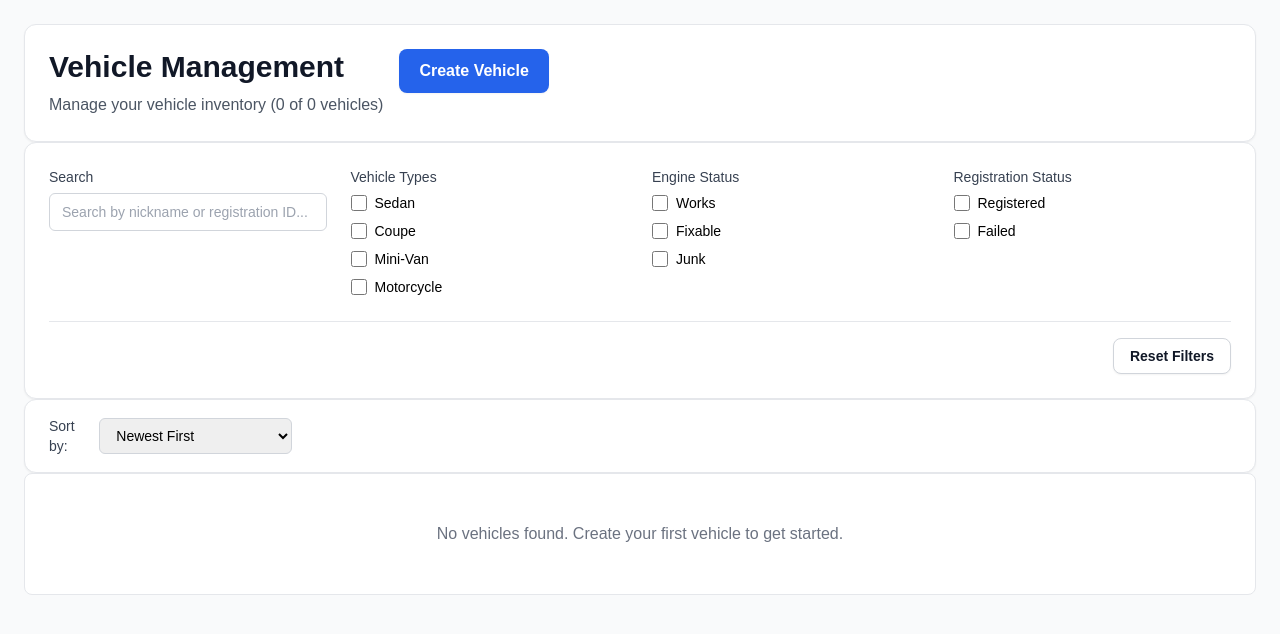
Repository: atomek88/vehicle-store
Page: /vehicles
The author's editor kept a copy of each file at every save. The page is drawn from the files as they stood at one save, then again after the next save.
The browser window is 1280 px wide. The pictures show the whole page.
The project was rebuilt for these pictures with package versions that can differ from the ones it lists, and the page was loaded fresh each time. The framework's server and built-in components were replaced by stand-ins that run in the browser. Also part of the build but not shown: next.config.ts, src/components/ui/Badge.tsx, src/components/vehicle/SedanFields.tsx, src/components/vehicle/CoupeFields.tsx, src/components/vehicle/MiniVanFields.tsx, src/components/vehicle/MotorcycleFields.tsx, src/components/vehicle/VehicleForm.tsx, src/components/ui/ConfirmDialog.tsx.

Above is the page before, as saved 2026-01-21 00:25:30.

### app/layout.tsx
import type { Metadata } from "next";
import { Geist, Geist_Mono } from "next/font/google";
import "./globals.css";
import { ToastProvider } from "@/hooks/use-toast";
import { VehicleProvider } from "@/hooks/use-vehicles";
import { ToastContainer } from "@/components/ui/Toast";

const geistSans = Geist({
  variable: "--font-geist-sans",
  subsets: ["latin"],
});

const geistMono = Geist_Mono({
  variable: "--font-geist-mono",
  subsets: ["latin"],
});

export const metadata: Metadata = {
  title: "Vehicle Management System",
  description: "Manage your vehicle inventory",
};

export default function RootLayout({
  children,
}: Readonly<{
  children: React.ReactNode;
}>) {
  return (
    <html lang="en">
      <body
        className={`${geistSans.variable} ${geistMono.variable} antialiased`}
        suppressHydrationWarning
      >
        <VehicleProvider>
          <ToastProvider>
            {children}
            <ToastContainer />
          </ToastProvider>
        </VehicleProvider>
      </body>
    </html>
  );
}

### app/vehicles/page.tsx
'use client';

import { useState } from 'react';
import { useRouter } from 'next/navigation';
import { useVehicles } from '@/hooks/use-vehicles';
import { useToast } from '@/hooks/use-toast';
import { VehicleTable } from '@/components/vehicle/VehicleTable';
import { FiltersBar } from '@/components/vehicle/FiltersBar';
import { VehicleForm } from '@/components/vehicle/VehicleForm';
import { Button } from '@/components/ui/Button';
import { ConfirmDialog } from '@/components/ui/ConfirmDialog';
import { Select } from '@/components/ui/Select';
import { VehicleSorting } from '@/types';

export default function VehiclesPage() {
  const router = useRouter();
  const { state, filteredVehicles, setFilters, resetFilters, setSorting, createVehicle, deleteVehicle } = useVehicles();
  const { showToast } = useToast();
  const [isCreateModalOpen, setIsCreateModalOpen] = useState(false);
  const [deleteConfirm, setDeleteConfirm] = useState<{ isOpen: boolean; vehicleId: string | null }>({
    isOpen: false,
    vehicleId: null,
  });

  const handleDelete = async () => {
    if (!deleteConfirm.vehicleId) return;

    const result = await deleteVehicle(deleteConfirm.vehicleId);

    if (result.ok) {
      showToast('success', 'Vehicle deleted successfully');
    } else {
      showToast('error', result.error);
    }

    setDeleteConfirm({ isOpen: false, vehicleId: null });
  };

  const handleSortChange = (value: string) => {
    const [key, direction] = value.split('-') as [VehicleSorting['key'], VehicleSorting['direction']];
    setSorting({ key, direction });
  };

  if (state.hydrationStatus === 'loading') {
    return (
      <div className="flex min-h-screen items-center justify-center">
        <p className="text-gray-500">Loading vehicles...</p>
      </div>
    );
  }

  if (state.hydrationStatus === 'error') {
    return (
      <div className="flex min-h-screen items-center justify-center">
        <div className="text-center">
          <p className="text-red-600">Error loading vehicles</p>
          <p className="mt-2 text-sm text-gray-500">{state.hydrationError}</p>
        </div>
      </div>
    );
  }

  return (
    <div className="min-h-screen bg-gray-50 p-6 md:p-8 lg:p-12">
      <div className="mx-auto max-w-7xl space-y-8">
        {/* Header Section */}
        <div className="rounded-xl border border-gray-200 bg-white p-6 shadow-sm md:p-8">
          <div className="flex flex-col gap-4 md:flex-row md:items-center md:justify-between">
            <div>
              <h1 className="text-3xl font-bold text-gray-900 md:text-4xl">Vehicle Management</h1>
              <p className="mt-2 text-base text-gray-600">
                Manage your vehicle inventory ({filteredVehicles.length} of {state.vehicles.length} vehicles)
              </p>
            </div>
            <Button onClick={() => setIsCreateModalOpen(true)} className="shadow-md">
              Create Vehicle
            </Button>
          </div>
        </div>

        {/* Filters Section */}
        <div className="rounded-xl border border-gray-200 bg-white shadow-sm">
          <FiltersBar
            filters={state.filters}
            onFiltersChange={setFilters}
            onReset={resetFilters}
          />
        </div>

        {/* Sort Controls */}
        <div className="flex items-center justify-between rounded-xl border border-gray-200 bg-white px-6 py-4 shadow-sm">
          <div className="flex items-center gap-3">
            <span className="text-sm font-medium text-gray-700">Sort by:</span>
            <Select
              options={[
                { value: 'createdAt-desc', label: 'Newest First' },
                { value: 'createdAt-asc', label: 'Oldest First' },
                { value: 'nickname-asc', label: 'Nickname (A-Z)' },
                { value: 'nickname-desc', label: 'Nickname (Z-A)' },
                { value: 'mileage-asc', label: 'Mileage (Low to High)' },
                { value: 'mileage-desc', label: 'Mileage (High to Low)' },
              ]}
              value={`${state.sorting.key}-${state.sorting.direction}`}
              onChange={(e) => handleSortChange(e.target.value)}
            />
          </div>
        </div>

        <VehicleTable
          vehicles={filteredVehicles}
          onView={(id) => router.push(`/vehicles/${id}`)}
          onEdit={(id) => router.push(`/vehicles/${id}/edit`)}
          onDelete={(id) => setDeleteConfirm({ isOpen: true, vehicleId: id })}
        />

        {isCreateModalOpen && (
          <div className="fixed inset-0 z-50 flex items-center justify-center bg-black/50 p-4">
            <div className="w-full max-w-2xl rounded-lg bg-white p-6 shadow-xl">
              <h2 className="mb-6 text-2xl font-semibold text-gray-900">Create New Vehicle</h2>
              <VehicleForm
                onSubmit={async (data) => {
                  const result = await createVehicle(data);
                  if (result.ok) {
                    showToast('success', 'Vehicle created successfully');
                    setIsCreateModalOpen(false);
                  } else {
                    showToast('error', result.error);
                  }
                }}
                onCancel={() => setIsCreateModalOpen(false)}
              />
            </div>
          </div>
        )}

        <ConfirmDialog
          isOpen={deleteConfirm.isOpen}
          onClose={() => setDeleteConfirm({ isOpen: false, vehicleId: null })}
          onConfirm={handleDelete}
          title="Delete Vehicle"
          message="Are you sure you want to delete this vehicle? This action cannot be undone."
          confirmText="Delete"
          variant="danger"
        />
      </div>
    </div>
  );
}

### app/globals.css
@tailwind base;
@tailwind components;
@tailwind utilities;

@layer base {
  :root {
    --background: 0 0% 100%;
    --foreground: 222.2 84% 4.9%;
  }

  body {
    background: #f9fafb;
    color: var(--foreground);
    font-family: Arial, Helvetica, sans-serif;
    min-height: 100vh;
  }

  /* Enhanced focus indicators for accessibility */
  *:focus-visible {
    outline: 3px solid #3b82f6;
    outline-offset: 2px;
    border-radius: 4px;
  }

  /* Ensure buttons and links have visible focus */
  button:focus-visible,
  a:focus-visible,
  input:focus-visible,
  select:focus-visible,
  textarea:focus-visible {
    outline: 3px solid #3b82f6;
    outline-offset: 2px;
  }
}

@layer components {
  /* Enhanced card styling */
  .card {
    @apply rounded-xl border border-gray-200 bg-white shadow-sm transition-shadow hover:shadow-md;
  }

  /* Enhanced button styling */
  .btn-primary {
    @apply rounded-lg px-6 py-3 font-semibold shadow-sm transition-all hover:shadow-md;
  }

  /* Better spacing utilities */
  .section-spacing {
    @apply space-y-6;
  }
}

### src/hooks/use-toast.tsx
'use client';

import { createContext, useContext, useState, useCallback } from 'react';

// ═══════════════════════════════════════════════════════════════════════════
// TYPES
// ═══════════════════════════════════════════════════════════════════════════

export type ToastType = 'success' | 'error' | 'info' | 'warning';

export interface Toast {
  id: string;
  type: ToastType;
  message: string;
  duration?: number;
}

interface ToastContextValue {
  toasts: Toast[];
  showToast: (type: ToastType, message: string, duration?: number) => void;
  dismissToast: (id: string) => void;
}

// ═══════════════════════════════════════════════════════════════════════════
// CONTEXT
// ═══════════════════════════════════════════════════════════════════════════

const ToastContext = createContext<ToastContextValue | null>(null);

// ═══════════════════════════════════════════════════════════════════════════
// PROVIDER
// ═══════════════════════════════════════════════════════════════════════════

export function ToastProvider({ children }: { children: React.ReactNode }) {
  const [toasts, setToasts] = useState<Toast[]>([]);

  const showToast = useCallback((type: ToastType, message: string, duration = 5000) => {
    const id = Math.random().toString(36).substring(2, 11);
    const toast: Toast = { id, type, message, duration };

    setToasts((prev) => [...prev, toast]);

    // Auto-dismiss after duration
    if (duration > 0) {
      setTimeout(() => {
        dismissToast(id);
      }, duration);
    }
  }, []);

  const dismissToast = useCallback((id: string) => {
    setToasts((prev) => prev.filter((toast) => toast.id !== id));
  }, []);

  const value: ToastContextValue = {
    toasts,
    showToast,
    dismissToast,
  };

  return <ToastContext.Provider value={value}>{children}</ToastContext.Provider>;
}

// ═══════════════════════════════════════════════════════════════════════════
// HOOK
// ═══════════════════════════════════════════════════════════════════════════

export function useToast() {
  const context = useContext(ToastContext);

  if (!context) {
    throw new Error('useToast must be used within a ToastProvider');
  }

  return context;
}

### src/components/ui/Toast.tsx
'use client';

import { useEffect } from 'react';
import { clsx } from 'clsx';
import { useToast, Toast as ToastType } from '@/hooks/use-toast';

export function ToastContainer() {
  const { toasts } = useToast();

  return (
    <div className="pointer-events-none fixed bottom-0 right-0 z-50 flex max-h-screen w-full flex-col-reverse gap-2 p-4 sm:max-w-md">
      {toasts.map((toast) => (
        <ToastItem key={toast.id} toast={toast} />
      ))}
    </div>
  );
}

function ToastItem({ toast }: { toast: ToastType }) {
  const { dismissToast } = useToast();

  useEffect(() => {
    if (toast.duration && toast.duration > 0) {
      const timer = setTimeout(() => {
        dismissToast(toast.id);
      }, toast.duration);

      return () => clearTimeout(timer);
    }
    return undefined;
  }, [toast.id, toast.duration, dismissToast]);

  return (
    <div
      role="alert"
      aria-live="assertive"
      aria-atomic="true"
      className={clsx(
        'pointer-events-auto relative flex w-full items-center justify-between gap-3 overflow-hidden rounded-lg border p-4 shadow-lg transition-all',
        {
          'border-green-200 bg-green-50': toast.type === 'success',
          'border-red-200 bg-red-50': toast.type === 'error',
          'border-yellow-200 bg-yellow-50': toast.type === 'warning',
          'border-blue-200 bg-blue-50': toast.type === 'info',
        }
      )}
    >
      <div className="flex-1">
        <p
          className={clsx('text-sm font-medium', {
            'text-green-900': toast.type === 'success',
            'text-red-900': toast.type === 'error',
            'text-yellow-900': toast.type === 'warning',
            'text-blue-900': toast.type === 'info',
          })}
        >
          {toast.message}
        </p>
      </div>
      <button
        onClick={() => dismissToast(toast.id)}
        className={clsx(
          'rounded-md p-1 transition-colors hover:bg-black/5',
          {
            'text-green-700': toast.type === 'success',
            'text-red-700': toast.type === 'error',
            'text-yellow-700': toast.type === 'warning',
            'text-blue-700': toast.type === 'info',
          }
        )}
        aria-label="Dismiss"
      >
        <svg
          xmlns="http://www.w3.org/2000/svg"
          width="16"
          height="16"
          viewBox="0 0 24 24"
          fill="none"
          stroke="currentColor"
          strokeWidth="2"
          strokeLinecap="round"
          strokeLinejoin="round"
        >
          <line x1="18" y1="6" x2="6" y2="18" />
          <line x1="6" y1="6" x2="18" y2="18" />
        </svg>
      </button>
    </div>
  );
}

### src/components/ui/Button.tsx
import { ButtonHTMLAttributes, forwardRef } from 'react';
import { clsx } from 'clsx';

export interface ButtonProps extends ButtonHTMLAttributes<HTMLButtonElement> {
  variant?: 'primary' | 'secondary' | 'danger' | 'ghost';
  size?: 'sm' | 'md' | 'lg';
}

export const Button = forwardRef<HTMLButtonElement, ButtonProps>(
  ({ className, variant = 'primary', size = 'md', disabled, ...props }, ref) => {
    return (
      <button
        ref={ref}
        disabled={disabled}
        className={clsx(
          'inline-flex items-center justify-center rounded-lg font-semibold transition-all focus-visible:outline-none focus-visible:ring-2 focus-visible:ring-offset-2 disabled:pointer-events-none disabled:opacity-50',
          {
            'bg-blue-600 text-white shadow-sm hover:bg-blue-700 hover:shadow-md focus-visible:ring-blue-600':
              variant === 'primary',
            'border border-gray-300 bg-white text-gray-900 shadow-sm hover:bg-gray-50 hover:shadow-md focus-visible:ring-gray-500':
              variant === 'secondary',
            'bg-red-600 text-white shadow-sm hover:bg-red-700 hover:shadow-md focus-visible:ring-red-600':
              variant === 'danger',
            'bg-transparent text-gray-700 hover:bg-gray-100 focus-visible:ring-gray-500':
              variant === 'ghost',
          },
          {
            'h-11 px-5 py-2.5 text-base': size === 'md',
            'h-9 px-4 py-2 text-sm': size === 'sm',
            'h-12 px-8 py-3 text-lg': size === 'lg',
          },
          className
        )}
        {...props}
      />
    );
  }
);

Button.displayName = 'Button';

### src/components/ui/Select.tsx
import { SelectHTMLAttributes, forwardRef } from 'react';
import { clsx } from 'clsx';

export interface SelectOption {
  value: string;
  label: string;
}

export interface SelectProps extends SelectHTMLAttributes<HTMLSelectElement> {
  label?: string;
  error?: string | undefined;
  helperText?: string;
  options: SelectOption[];
  placeholder?: string;
}

export const Select = forwardRef<HTMLSelectElement, SelectProps>(
  ({ className, label, error, helperText, id, options, placeholder, ...props }, ref) => {
    const selectId = id || label?.toLowerCase().replace(/\s+/g, '-');

    return (
      <div className="w-full">
        {label && (
          <label
            htmlFor={selectId}
            className="mb-1.5 block text-sm font-medium text-gray-700"
          >
            {label}
          </label>
        )}
        <select
          ref={ref}
          id={selectId}
          className={clsx(
            'w-full rounded-md border px-3 py-2 text-sm transition-colors',
            'focus:outline-none focus:ring-2 focus:ring-offset-1',
            'disabled:cursor-not-allowed disabled:opacity-50',
            error
              ? 'border-red-500 focus:border-red-500 focus:ring-red-500'
              : 'border-gray-300 focus:border-blue-500 focus:ring-blue-500',
            className
          )}
          aria-invalid={error ? 'true' : 'false'}
          aria-describedby={error ? `${selectId}-error` : helperText ? `${selectId}-helper` : undefined}
          {...props}
        >
          {placeholder && (
            <option value="" disabled>
              {placeholder}
            </option>
          )}
          {options.map((option) => (
            <option key={option.value} value={option.value}>
              {option.label}
            </option>
          ))}
        </select>
        {error && (
          <p id={`${selectId}-error`} className="mt-1.5 text-sm text-red-600">
            {error}
          </p>
        )}
        {helperText && !error && (
          <p id={`${selectId}-helper`} className="mt-1.5 text-sm text-gray-500">
            {helperText}
          </p>
        )}
      </div>
    );
  }
);

Select.displayName = 'Select';

### src/components/ui/Input.tsx
import { InputHTMLAttributes, forwardRef } from 'react';
import { clsx } from 'clsx';

export interface InputProps extends InputHTMLAttributes<HTMLInputElement> {
  label?: string;
  error?: string | undefined;
  helperText?: string;
}

export const Input = forwardRef<HTMLInputElement, InputProps>(
  ({ className, label, error, helperText, id, ...props }, ref) => {
    const inputId = id || label?.toLowerCase().replace(/\s+/g, '-');

    return (
      <div className="w-full">
        {label && (
          <label
            htmlFor={inputId}
            className="mb-1.5 block text-sm font-medium text-gray-700"
          >
            {label}
          </label>
        )}
        <input
          ref={ref}
          id={inputId}
          className={clsx(
            'w-full rounded-md border px-3 py-2 text-sm transition-colors',
            'placeholder:text-gray-400',
            'focus:outline-none focus:ring-2 focus:ring-offset-1',
            'disabled:cursor-not-allowed disabled:opacity-50',
            error
              ? 'border-red-500 focus:border-red-500 focus:ring-red-500'
              : 'border-gray-300 focus:border-blue-500 focus:ring-blue-500',
            className
          )}
          aria-invalid={error ? 'true' : 'false'}
          aria-describedby={error ? `${inputId}-error` : helperText ? `${inputId}-helper` : undefined}
          {...props}
        />
        {error && (
          <p id={`${inputId}-error`} className="mt-1.5 text-sm text-red-600">
            {error}
          </p>
        )}
        {helperText && !error && (
          <p id={`${inputId}-helper`} className="mt-1.5 text-sm text-gray-500">
            {helperText}
          </p>
        )}
      </div>
    );
  }
);

Input.displayName = 'Input';

### src/lib/registration.ts
import { VehicleType, Registration } from '@/types';

// ═══════════════════════════════════════════════════════════════════════════
// REGISTRATION BUSINESS RULES
// ═══════════════════════════════════════════════════════════════════════════

/**
 * Business rules for vehicle registration:
 * - All vehicles register successfully when created
 * - Registration is immutable after creation
 */

interface RegistrationInput {
  type: VehicleType;
}

/**
 * Registers a vehicle and generates a unique registration ID.
 * Always returns a successful registration.
 */
export function attemptRegistration(input: RegistrationInput): Registration {
  const { type } = input;

  return {
    status: 'registered',
    registrationId: generateRegistrationId(type),
  };
}

/**
 * Generates a registration ID in the format: TYPE-XXXXX
 * where TYPE is the uppercase vehicle type and XXXXX is a random alphanumeric string.
 */
function generateRegistrationId(type: VehicleType): string {
  const prefix = type.toUpperCase().replace('-', '');
  const suffix = Math.random().toString(36).substring(2, 7).toUpperCase();
  return `${prefix}-${suffix}`;
}

/**
 * Checks if a registration represents a successful registration.
 */
export function isRegistered(registration: Registration): registration is { status: 'registered'; registrationId: string } {
  return registration.status === 'registered';
}

/**
 * Checks if a registration represents a failed registration.
 */
export function isFailed(registration: Registration): registration is { status: 'failed'; registrationError: string } {
  return registration.status === 'failed';
}

### src/lib/defaults.ts
import { VehicleType, EngineStatus, SeatStatus } from '@/types';

// ═══════════════════════════════════════════════════════════════════════════
// DEFAULT VALUES FOR VEHICLE FIELDS
// ═══════════════════════════════════════════════════════════════════════════

/**
 * Default engine status for all vehicles
 */
export const DEFAULT_ENGINE_STATUS: EngineStatus = 'works';

/**
 * Default seat status for motorcycles
 */
export const DEFAULT_SEAT_STATUS: SeatStatus = 'works';

/**
 * Default number of wheels based on vehicle type
 */
export function getDefaultWheels(type: VehicleType): 0 | 1 | 2 | 3 | 4 {
  switch (type) {
    case 'sedan':
    case 'coupe':
    case 'mini-van':
      return 4;
    case 'motorcycle':
      return 2;
    default:
      // Exhaustiveness check - TypeScript will error if we miss a case
      const _exhaustive: never = type;
      return _exhaustive;
  }
}

/**
 * Default number of doors based on vehicle type
 */
export function getDefaultDoors(type: VehicleType): 0 | 1 | 2 | 3 | 4 {
  switch (type) {
    case 'sedan':
    case 'mini-van':
      return 4;
    case 'coupe':
      return 2;
    case 'motorcycle':
      // Motorcycles don't have doors field, but TypeScript requires all cases
      return 0;
    default:
      const _exhaustive: never = type;
      return _exhaustive;
  }
}

/**
 * Default door configuration for mini-vans
 * Returns an array of door configs matching the number of doors
 */
export function getDefaultDoorConfig(doors: number): Array<{ sliding: boolean }> {
  return Array.from({ length: doors }, (_, index) => ({
    // First two doors are regular, rest are sliding
    sliding: index >= 2,
  }));
}

Loaded but not shown: tailwind.config.ts (common file); src/hooks/use-vehicles.tsx (307 lines, source omitted); src/lib/vehicle-service.ts (273 lines, source omitted); src/validations/schemas.ts (199 lines, source omitted); src/components/vehicle/FiltersBar.tsx (114 lines, source omitted); src/components/vehicle/VehicleTable.tsx (113 lines, source omitted); src/lib/storage.ts (112 lines, source omitted)

After the next save:
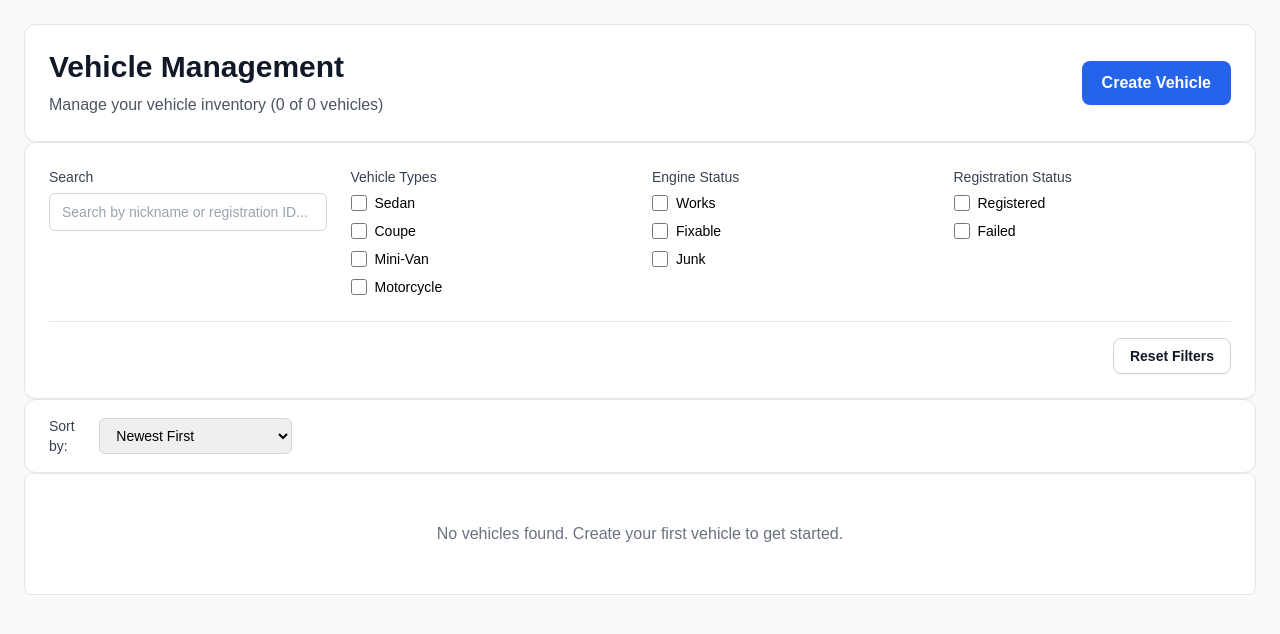
Saved 2 min 33 s later.
--- a/app/vehicles/page.tsx
+++ b/app/vehicles/page.tsx
@@ -65,16 +65,18 @@ export default function VehiclesPage() {
       <div className="mx-auto max-w-7xl space-y-8">
         {/* Header Section */}
         <div className="rounded-xl border border-gray-200 bg-white p-6 shadow-sm md:p-8">
-          <div className="flex flex-col gap-4 md:flex-row md:items-center md:justify-between">
+          <div className="flex items-center justify-between">
             <div>
               <h1 className="text-3xl font-bold text-gray-900 md:text-4xl">Vehicle Management</h1>
               <p className="mt-2 text-base text-gray-600">
                 Manage your vehicle inventory ({filteredVehicles.length} of {state.vehicles.length} vehicles)
               </p>
             </div>
-            <Button onClick={() => setIsCreateModalOpen(true)} className="shadow-md">
-              Create Vehicle
-            </Button>
+            <div className="flex-shrink-0">
+              <Button onClick={() => setIsCreateModalOpen(true)} className="shadow-md">
+                Create Vehicle
+              </Button>
+            </div>
           </div>
         </div>
 
